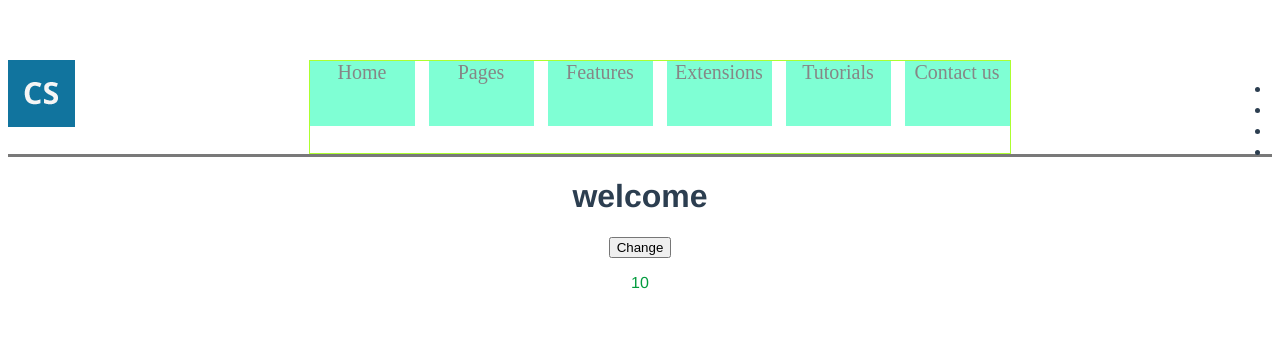
Repository: joker506/Creatives
Page: /
The author's editor kept a copy of each file at every save. The page is drawn from the files as they stood at one save, then again after the next save.
The browser window is 1280 px wide. The pictures show the whole page.
The project was rebuilt for these pictures with package versions that can differ from the ones it lists, and the page was loaded fresh each time.

Above is the page before, as saved 2020-03-29 17:30:32.

After the next save:
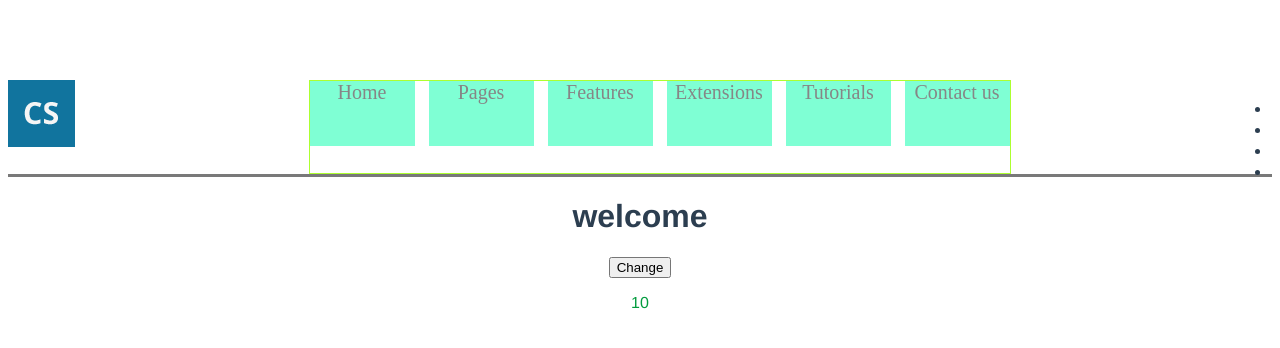
Saved 87 s later.
--- a/src/components/HeaderApp.vue
+++ b/src/components/HeaderApp.vue
@@ -53,7 +53,7 @@ export default {
 
 <style lang="scss">
 .header{
-    margin-top: 20px;
+    padding-top: 20px;
     font-size: 18px;
     //background-image: url('src/assets/Layer96.jpg');
     background-repeat: no-repeat;
